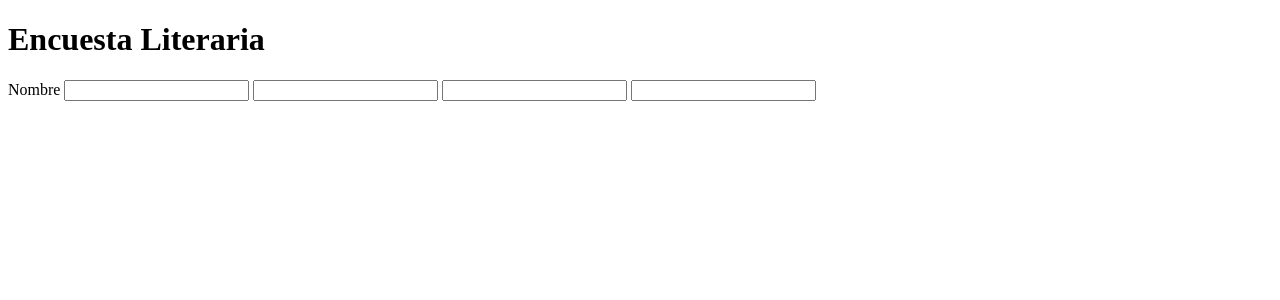
Repository: cgg25/javaee
Page: Enucesta/WebContent/index.html
The author's editor kept a copy of each file at every save. The page is drawn from the files as they stood at one save, then again after the next save.
The browser window is 1280 px wide. The pictures show the whole page.

Above is the page before, as saved 2017-02-16 17:46:41.

### Enucesta/WebContent/index.html
<!DOCTYPE html>
<html>
<head>
<meta charset="UTF-8">
<title>Encuesta</title>
</head>
<body>
	<h1>Encuesta Literaria</h1>
	<form action="/Encuesta/mostrar">
		<label>Nombre</label>
		<input type="text" name="nombre">
		<input type="text" name="nombre">
		<input type="text" name="nombre">
		<input type="text" name="nombre">
	</form>
</body>
</html>

After the next save:
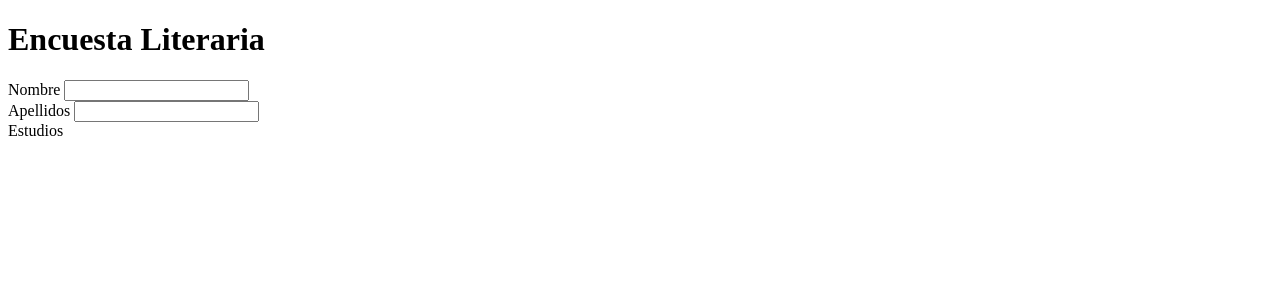
Saved 41 s later.
--- a/Enucesta/WebContent/index.html
+++ b/Enucesta/WebContent/index.html
@@ -8,10 +8,10 @@
 	<h1>Encuesta Literaria</h1>
 	<form action="/Encuesta/mostrar">
 		<label>Nombre</label>
-		<input type="text" name="nombre">
-		<input type="text" name="nombre">
-		<input type="text" name="nombre">
-		<input type="text" name="nombre">
+		<input type="text" name="nombre"><br>
+		<label>Apellidos</label>
+		<input type="text" name="apellidos"><br>
+		<label>Estudios</label>
 	</form>
 </body>
 </html>
